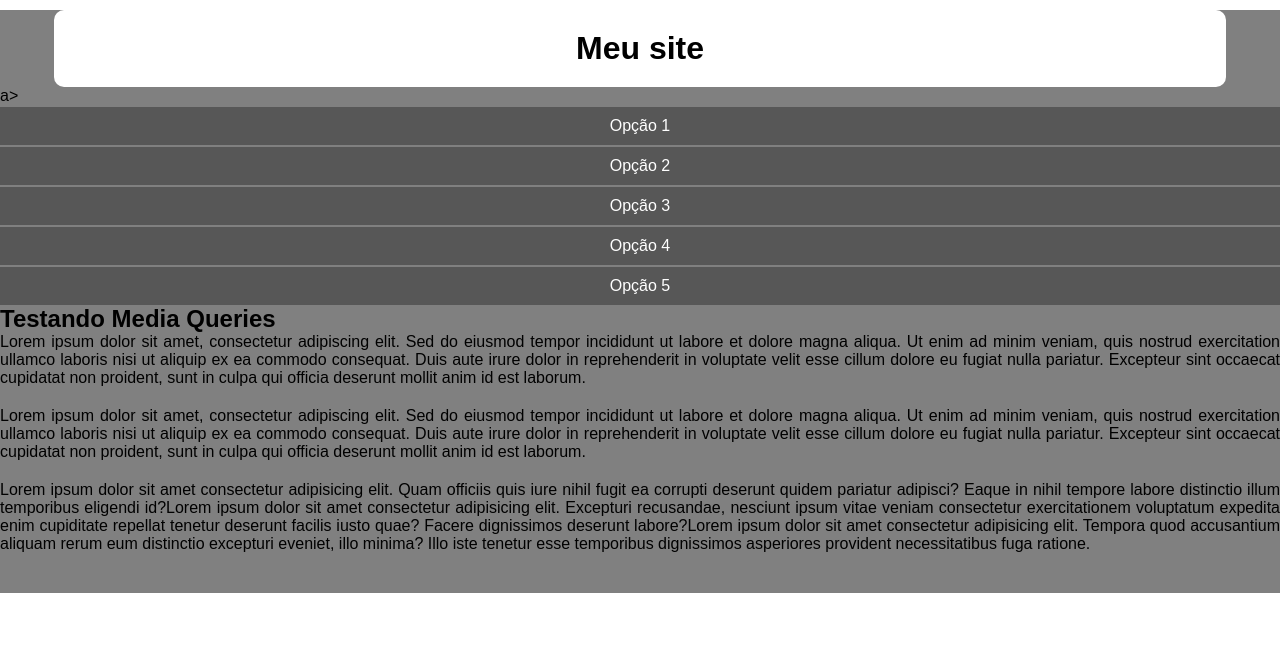
Repository: Sandro1969-tech/menu-hamburger
Page: index.html
These files come from the project's save history. The page is drawn as it stood at one moment and after the next save; the edit follows.
The browser window is 1280 px wide. The pictures show the whole page.

Above is the page before, as saved 2025-12-25 18:54:42.

### index.html
<!DOCTYPE html>
<html lang="pt-br">
<head>
    <meta charset="UTF-8">
    <meta name="viewport" content="width=device-width, initial-scale=1.0">
    <title>Media Queries</title>
    <link rel="stylesheet" href="style.css">
</head>
<body>
  <header>
    <main>
            <h1>Meu site</h1>
            <a<img src="image/iconmenu.png" alt="menu" class="menu-icon"></main>a>



            <menu>
                <ul>
                    <li><a href="#">Opção 1</a></li>
                    <li><a href="#">Opção 2</a></li>
                    <li><a href="#">Opção 3</a></li>
                    <li><a href="#">Opção 4</a></li>
                    <li><a href="#">Opção 5</a></li>
                </ul>
            </menu>
                <article>
                    <h2>Testando Media Queries</h2>
                    <p>Lorem ipsum dolor sit amet, consectetur adipiscing elit. Sed do eiusmod tempor incididunt ut labore et dolore magna aliqua. Ut enim ad minim veniam, quis nostrud exercitation ullamco laboris nisi ut aliquip ex ea commodo consequat. Duis aute irure dolor in reprehenderit in voluptate velit esse cillum dolore eu fugiat nulla pariatur. Excepteur sint occaecat cupidatat non proident, sunt in culpa qui officia deserunt mollit anim id est laborum.</p>
                    <p>Lorem ipsum dolor sit amet, consectetur adipiscing elit. Sed do eiusmod tempor incididunt ut labore et dolore magna aliqua. Ut enim ad minim veniam, quis nostrud exercitation ullamco laboris nisi ut aliquip ex ea commodo consequat. Duis aute irure dolor in reprehenderit in voluptate velit esse cillum dolore eu fugiat nulla pariatur. Excepteur sint occaecat cupidatat non proident, sunt in culpa qui officia deserunt mollit anim id est laborum.</p>
                    <p> Lorem ipsum dolor sit amet consectetur adipisicing elit. Quam officiis quis iure nihil fugit ea corrupti deserunt quidem pariatur adipisci? Eaque in nihil tempore labore distinctio illum temporibus eligendi id?Lorem ipsum dolor sit amet consectetur adipisicing elit. Excepturi recusandae, nesciunt ipsum vitae veniam consectetur exercitationem voluptatum expedita enim cupiditate repellat tenetur deserunt facilis iusto quae? Facere dignissimos deserunt labore?Lorem ipsum dolor sit amet consectetur adipisicing elit. Tempora quod accusantium aliquam rerum eum distinctio excepturi eveniet, illo minima? Illo iste tenetur esse temporibus dignissimos asperiores provident necessitatibus fuga ratione.</p>
                </article>
    </main>
  </header>
</body>
</html>

### style.css
@charset "UTF-8";

* {
    font-family: Arial, Helvetica, sans-serif;
    margin: 0px;
    padding: 0px;
}

body html {
    background-color: lightgrey;
}
header {
    background-color: grey;
}

h1 {
padding: 10px;
text-align: center;
}

menu {
    display: block;
}
menu > ul {
    list-style-type: none;
}
menu a {
    display: block;
    padding: 10px;
    text-decoration: none;
    background-color: rgba(87,87,87);
    text-align: center;
    color: white;
    border-top: 2px solid grey;
}
menu > ul > li:hover a {
    background-color: rgba(119, 136, 153, 0.459);
}

main {
    width: 90vw;
    background-color:white;
    margin:  auto;
    margin-top: 10px;
    padding: 10px;
    border-radius: 10px;
}

article {
    padding-bottom: 20px;
}
article > p {
    text-align: justify;
    margin-bottom: 20px;
    text -indent: 20px;
}

After the next save:
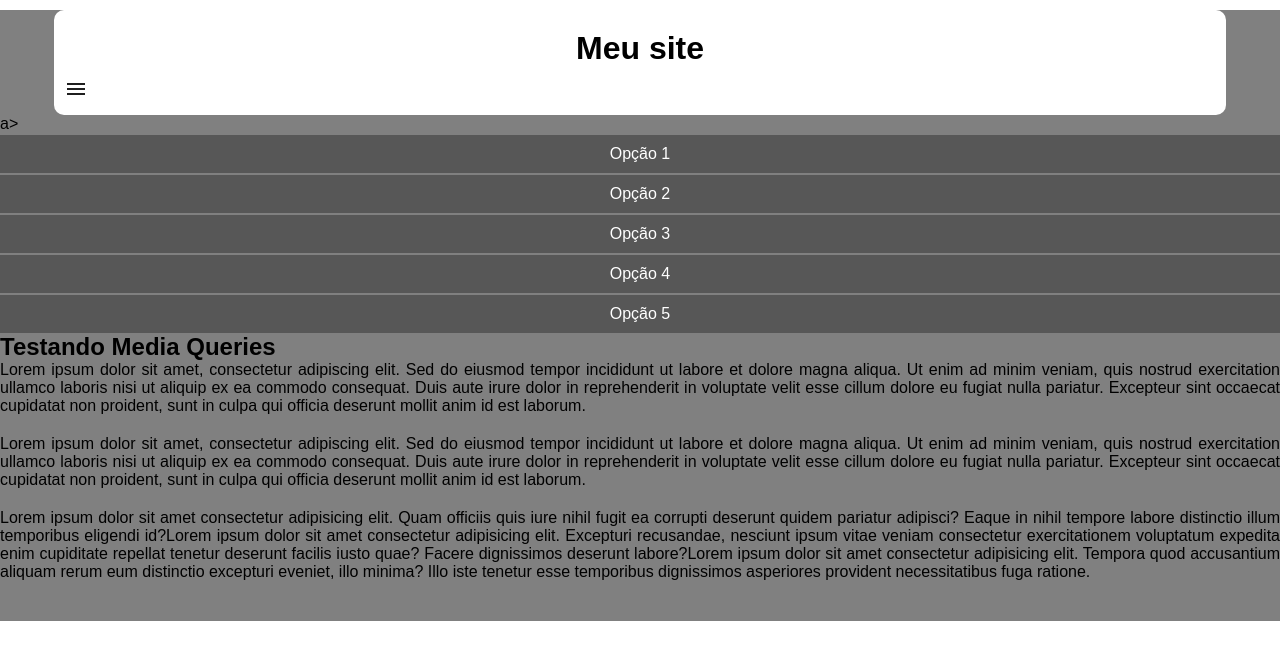
Saved 7 s later.
--- a/index.html
+++ b/index.html
@@ -10,7 +10,7 @@
   <header>
     <main>
             <h1>Meu site</h1>
-            <a<img src="image/iconmenu.png" alt="menu" class="menu-icon"></main>a>
+            <a></a><img src="image/iconmenu.png" alt="menu" class="menu-icon"></main>a>
 
 
 
